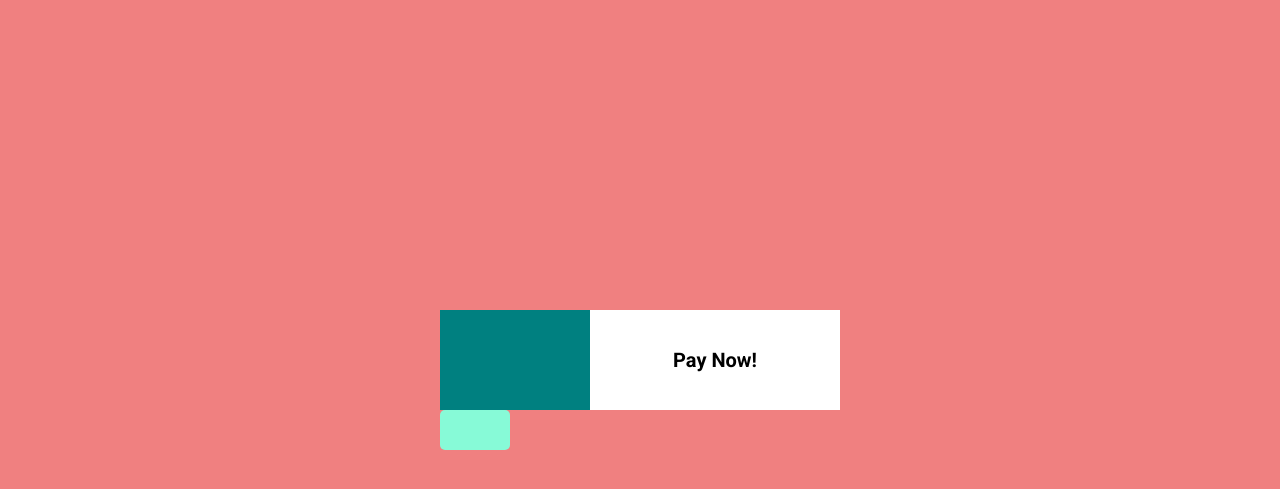
Repository: safak/animation
Page: index.html
These files come from the project's save history. The page is drawn as it stood at one moment and after the next save; the edit follows.
The browser window is 1280 px wide. The pictures show the whole page.

Above is the page before, as saved 2020-12-19 00:52:40.

After the next save:
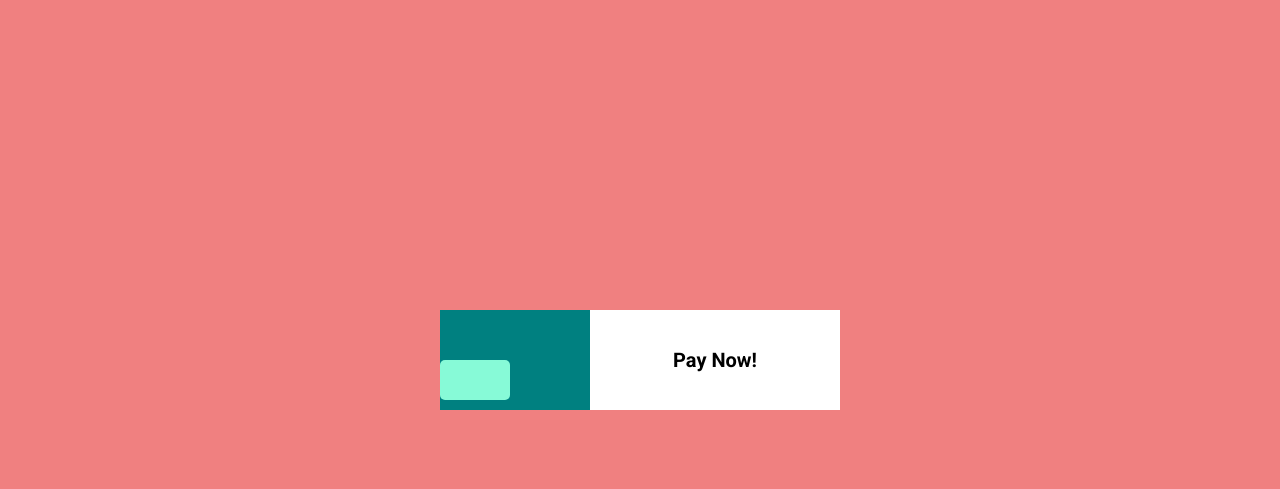
Saved 4 s later.
--- a/style.css
+++ b/style.css
@@ -34,7 +34,7 @@ body {
   background-color: rgb(135, 250, 215);
   border-radius: 5px;
   position: absolute;
-  top: 100px;
+  top: 50px;
 }
 
 
